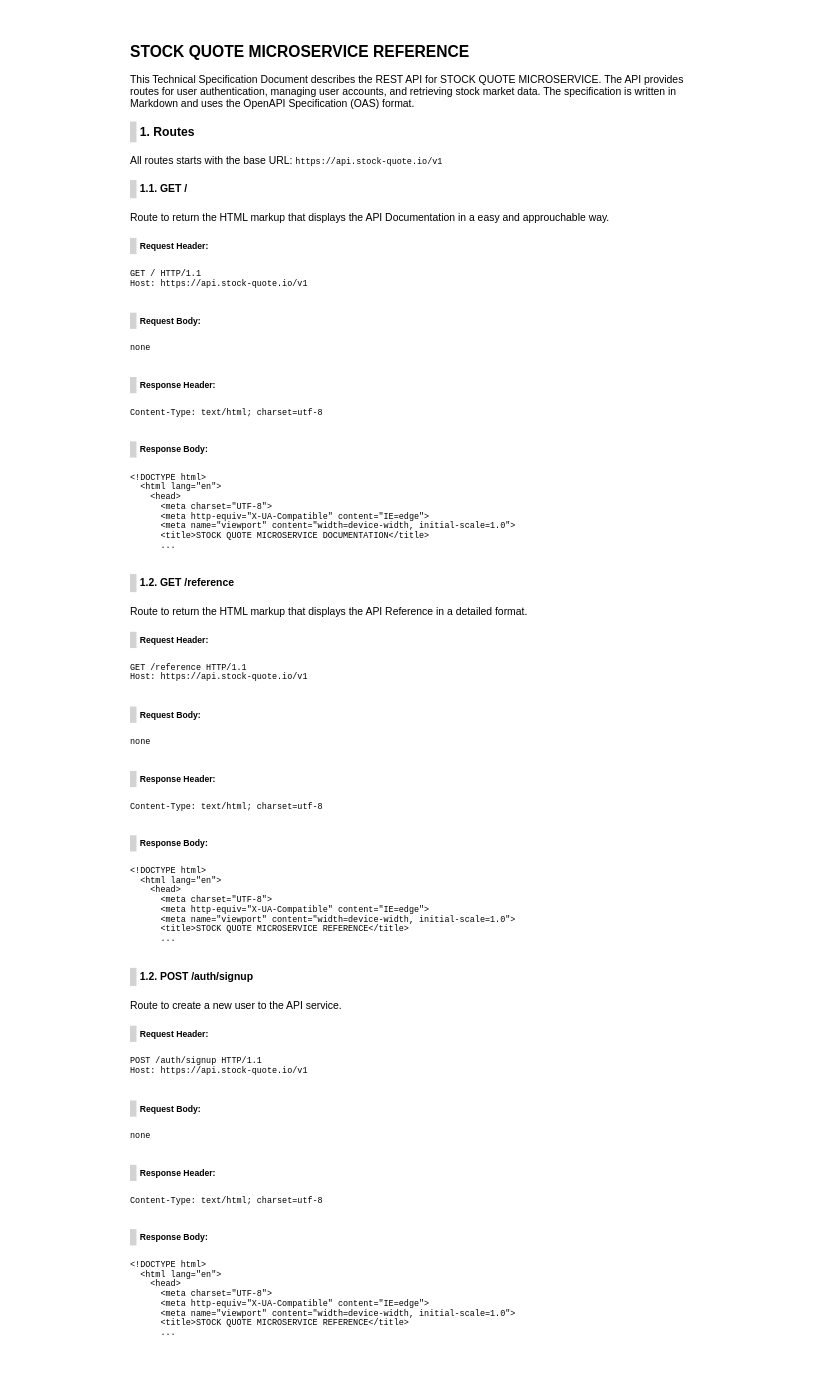
Repository: miguelamello/nest-js
Page: stock-service/reference.html
The author's editor kept a copy of each file at every save. The page is drawn from the files as they stood at one save, then again after a run of saves.
The browser window is 1280 px wide. The pictures show the whole page, at 65% of full size.

Above is the page before, as saved 2023-04-03 14:04:44.

### stock-service/reference.html
<!DOCTYPE html>
<html lang="en">
<head>
  <meta charset="UTF-8">
  <meta http-equiv="X-UA-Compatible" content="IE=edge">
  <meta name="viewport" content="width=device-width, initial-scale=1.0">
  <title>STOCK QUOTE MICROSERVICE REFERENCE</title>
  <style>
    body {
      font-family: Arial, Helvetica, sans-serif;
      padding: 3% 15%;
    }
    h3 {
      padding: 5px;
      border-left: 10px solid lightgrey;
    }
    H4 {
      padding: 5px;
      border-left: 10px solid lightgrey
    }
    H5 {
      padding: 5px;
      border-left: 10px solid lightgrey
    }
    pre {
      margin: 0;
      overflow: auto;
    }
  </style>
</head>
<body>
  <h2>STOCK QUOTE MICROSERVICE REFERENCE</h2>
  <p>
    This Technical Specification Document describes the REST API for STOCK QUOTE MICROSERVICE.
    The API provides routes for user authentication, managing user accounts, and retrieving stock market data.
    The specification is written in Markdown and uses the OpenAPI Specification (OAS) format.
  </p>

  <p>
    <h3>1. Routes</h3>
    <p>
      All routes starts with the base URL: <code>https://api.stock-quote.io/v1</code>
    </p>
  </p>

  <!-- 1.1. GET /  -->
  <p>
    <h4>1.1. GET /</h4>
    Route to return the HTML markup that displays the API
    Documentation in a easy and approuchable way.
  </p>
  <h5>Request Header:</h5>
  <pre>
GET / HTTP/1.1
Host: https://api.stock-quote.io/v1
  </pre>

  <h5>Request Body:</h5>
  <pre>
none
  </pre>

  <h5>Response Header:</h5>
  <pre>
Content-Type: text/html; charset=utf-8
  </pre>

  <h5>Response Body: </h5>

  <pre>
&lt;!DOCTYPE html&gt;
  &lt;html lang="en"&gt;
    &lt;head&gt;
      &lt;meta charset="UTF-8"&gt;
      &lt;meta http-equiv="X-UA-Compatible" content="IE=edge"&gt;
      &lt;meta name="viewport" content="width=device-width, initial-scale=1.0"&gt;
      &lt;title&gt;STOCK QUOTE MICROSERVICE DOCUMENTATION&lt;/title&gt;
      ...
  </pre>

  <!-- 1.2. GET /reference  -->
  <p>
    <h4>1.2. GET /reference</h4>
    Route to return the HTML markup that displays the API
    Reference in a detailed format.
  </p>
  <h5>Request Header:</h5>
  <pre>
GET /reference HTTP/1.1
Host: https://api.stock-quote.io/v1
  </pre>

  <h5>Request Body:</h5>
  <pre>
none
  </pre>

  <h5>Response Header:</h5>
  <pre>
Content-Type: text/html; charset=utf-8
  </pre>

  <h5>Response Body: </h5>

  <pre>
&lt;!DOCTYPE html&gt;
  &lt;html lang="en"&gt;
    &lt;head&gt;
      &lt;meta charset="UTF-8"&gt;
      &lt;meta http-equiv="X-UA-Compatible" content="IE=edge"&gt;
      &lt;meta name="viewport" content="width=device-width, initial-scale=1.0"&gt;
      &lt;title&gt;STOCK QUOTE MICROSERVICE REFERENCE&lt;/title&gt;
      ...
  </pre>

  <!-- 1.2. POST /auth/signup  -->
  <p>
    <h4>1.2. POST /auth/signup</h4>
    Route to create a new user to the API service.
  </p>
  <h5>Request Header:</h5>
  <pre>
POST /auth/signup HTTP/1.1
Host: https://api.stock-quote.io/v1
  </pre>

  <h5>Request Body:</h5>
  <pre>
none
  </pre>

  <h5>Response Header:</h5>
  <pre>
Content-Type: text/html; charset=utf-8
  </pre>

  <h5>Response Body: </h5>

  <pre>
&lt;!DOCTYPE html&gt;
  &lt;html lang="en"&gt;
    &lt;head&gt;
      &lt;meta charset="UTF-8"&gt;
      &lt;meta http-equiv="X-UA-Compatible" content="IE=edge"&gt;
      &lt;meta name="viewport" content="width=device-width, initial-scale=1.0"&gt;
      &lt;title&gt;STOCK QUOTE MICROSERVICE REFERENCE&lt;/title&gt;
      ...
  </pre>

</body>
</html>

After the next 2 saves:
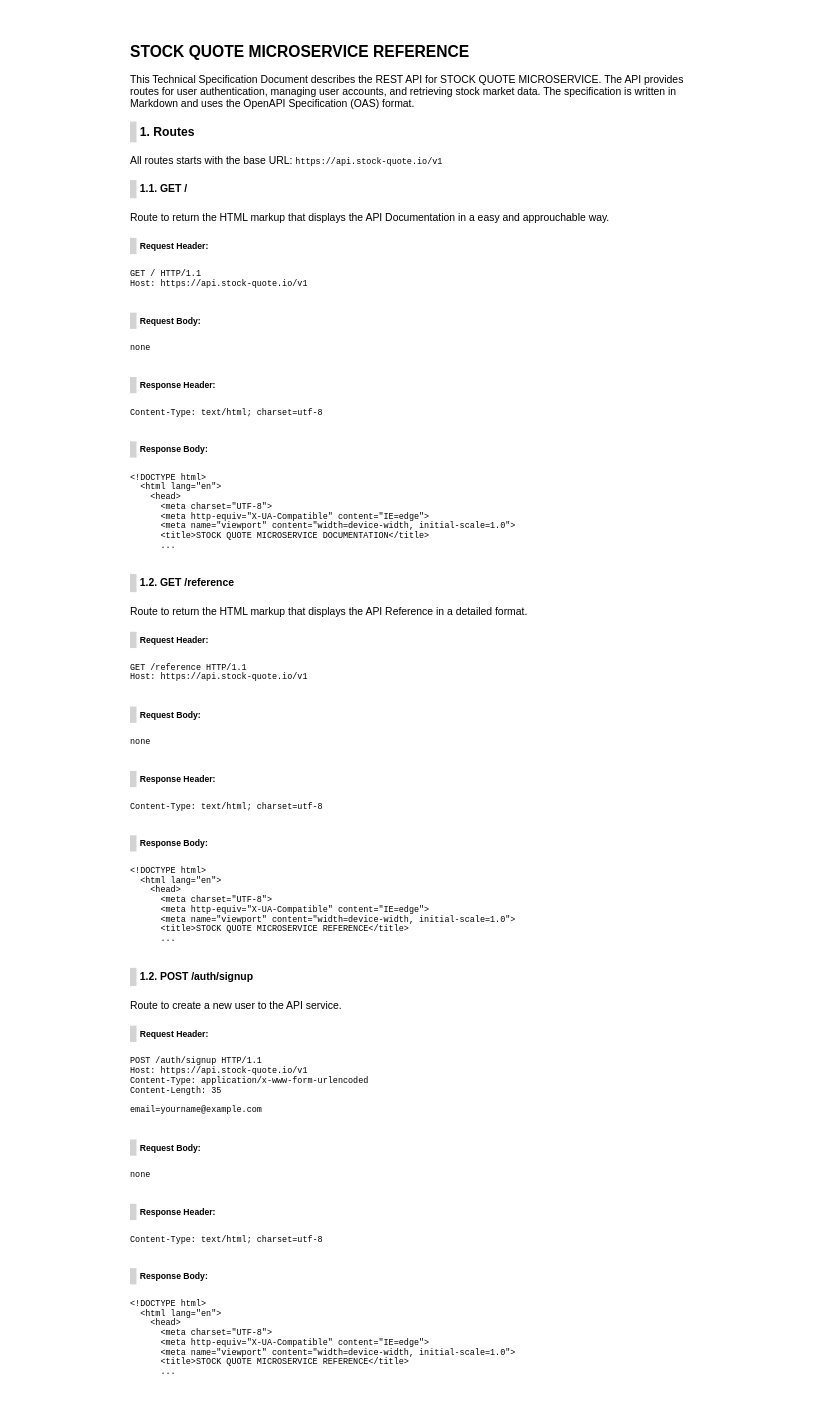
The 2 saves are shown as one change because they came seconds apart.
The last was saved 2 min 4 s later.
--- a/stock-service/reference.html
+++ b/stock-service/reference.html
@@ -122,6 +122,10 @@ Content-Type: text/html; charset=utf-8
   <pre>
 POST /auth/signup HTTP/1.1
 Host: https://api.stock-quote.io/v1
+Content-Type: application/x-www-form-urlencoded
+Content-Length: 35
+
+email=yourname@example.com
   </pre>
 
   <h5>Request Body:</h5>
